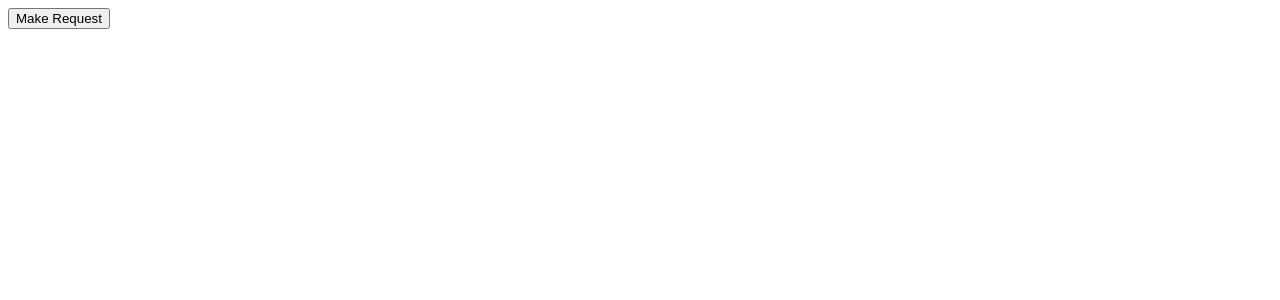
Repository: satyensingh/servlet-jsp-demos
Page: Day8/GetAndPostRequest/WebContent/index.html
An editor plug-in stored every save of this project. The page is shown before and after the next save, followed by the edit.
The browser window is 1280 px wide. The pictures show the whole page.

Above is the page before, as saved 2018-01-20 15:33:38.

### Day8/GetAndPostRequest/WebContent/index.html
<!DOCTYPE html>
<html>
<head>
<meta charset="UTF-8">
<title>Insert title here</title>
</head>
<body>
<form action="getpost" method="get">

	<input type="submit" value="Make Request"/>
</form>
</body>
</html>

After the next save:
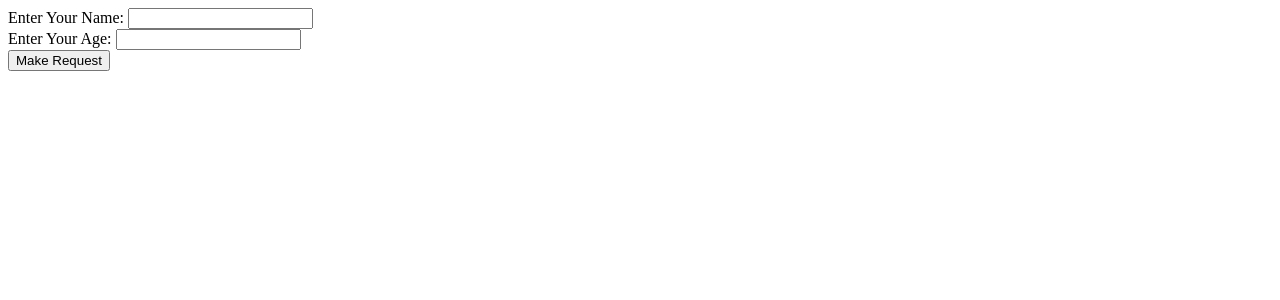
Saved 47 s later.
--- a/Day8/GetAndPostRequest/WebContent/index.html
+++ b/Day8/GetAndPostRequest/WebContent/index.html
@@ -6,7 +6,8 @@
 </head>
 <body>
 <form action="getpost" method="get">
-
+	Enter Your Name: <input type="text" name="Name"/><br/>
+	Enter Your Age: <input type="text" name="age"/><br/>
 	<input type="submit" value="Make Request"/>
 </form>
 </body>
